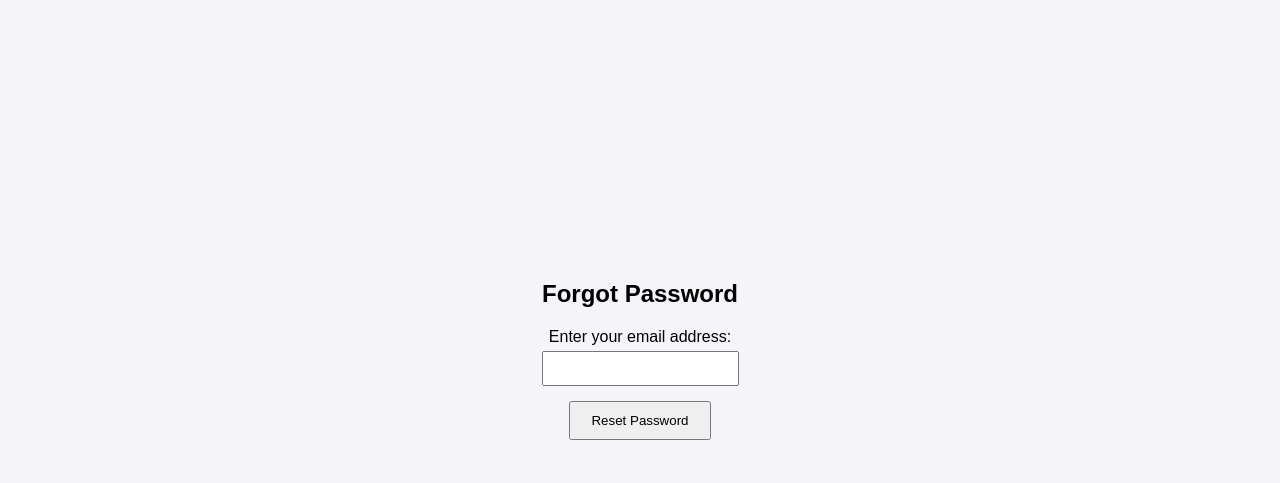
Repository: Nuttawut-Amattong/outtrip
Page: /forgot-password (app in OutTrip/)
The author's editor kept a copy of each file at every save. The page is drawn from the files as they stood at one save, then again after a run of saves.
The browser window is 1280 px wide. The pictures show the whole page.
The project was rebuilt for these pictures with package versions that can differ from the ones it lists, and the page was loaded fresh each time. Also part of the build but not shown: OutTrip/vite.config.js, OutTrip/src/pages/Login.jsx, OutTrip/src/pages/Register.jsx.

Above is the page before, as saved 2025-05-19 00:34:38.

After the next 2 saves:
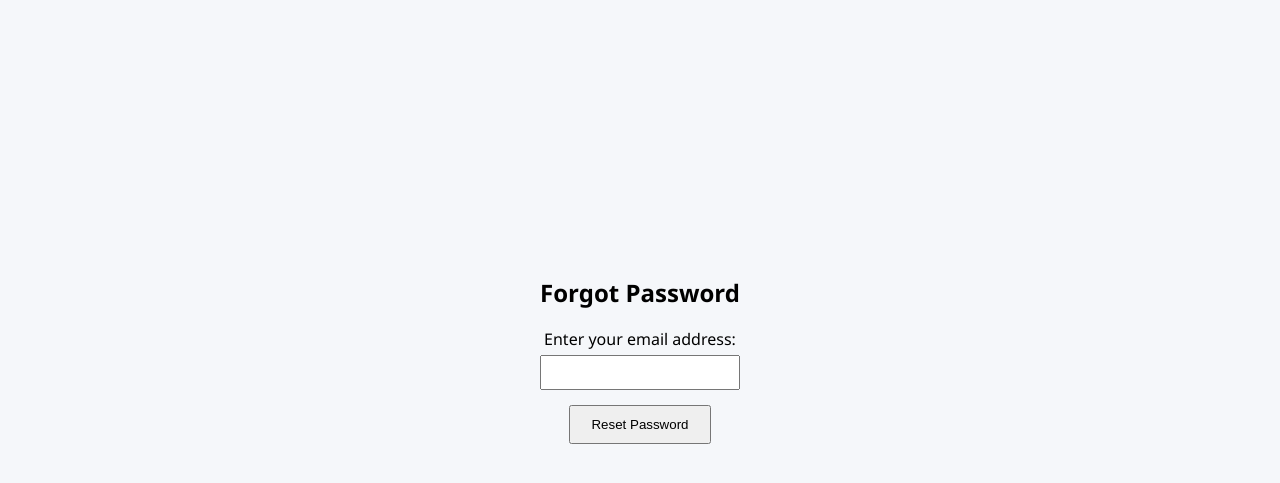
The 2 saves are shown as one change because they came seconds apart.
The last was saved 11 s later.
--- a/OutTrip/src/pages/Forgetpass.jsx
+++ b/OutTrip/src/pages/Forgetpass.jsx
@@ -1,4 +1,5 @@
 import React, { useState } from 'react';
+import '../CSS/forgetpass.css';
 
 const Forgetpass = () => {
     const [email, setEmail] = useState('');
